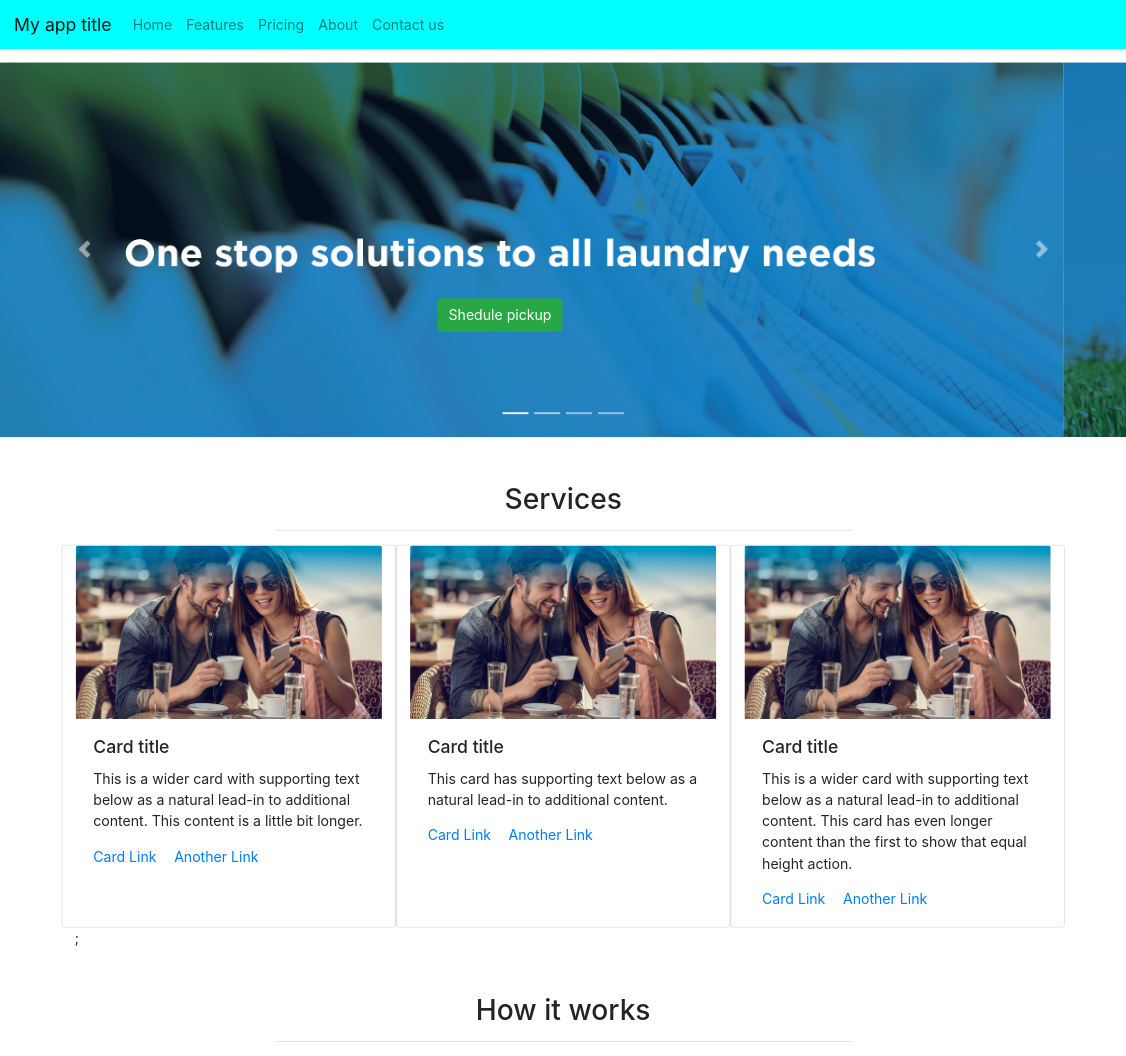
Repository: sravani123/BasicReactWebApp
Page: /
An editor plug-in stored every save of this project. The page is shown before and after the next save, followed by the edit.
The browser window is 1280 px wide. The pictures show the whole page, at 88% of full size.
Some web libraries are served in a nearby version. The project was rebuilt for these pictures with package versions that can differ from the ones it lists, and the page was loaded fresh each time. Also part of the build but not shown: src/components/Common/ProgressButton.js, src/components/Pricing/Pricing.js, src/components/About/About.js, src/components/Features/Features.js, src/components/Contact/Contact.js, src/components/Common/Calendar/Hello.js.

Above is the page before, as saved 2019-03-20 18:18:07.

### public/index.html
<!DOCTYPE html>
<html lang="en">
  <head>
    <meta charset="utf-8" />
    <link rel="shortcut icon" href="%PUBLIC_URL%/favicon.ico" />
    <meta
      name="viewport"
      content="width=device-width, initial-scale=1, shrink-to-fit=no"
    />
    <meta name="theme-color" content="#000000" />
    <!--
      manifest.json provides metadata used when your web app is installed on a
      user's mobile device or desktop. See https://developers.google.com/web/fundamentals/web-app-manifest/
    -->
    <link rel="manifest" href="%PUBLIC_URL%/manifest.json" />
    <link
    rel="stylesheet"
    href="https://maxcdn.bootstrapcdn.com/bootstrap/4.2.1/css/bootstrap.min.css"
    integrity="sha384-GJzZqFGwb1QTTN6wy59ffF1BuGJpLSa9DkKMp0DgiMDm4iYMj70gZWKYbI706tWS"
    crossorigin="anonymous"
  />


    <!--
      Notice the use of %PUBLIC_URL% in the tags above.
      It will be replaced with the URL of the `public` folder during the build.
      Only files inside the `public` folder can be referenced from the HTML.

      Unlike "/favicon.ico" or "favicon.ico", "%PUBLIC_URL%/favicon.ico" will
      work correctly both with client-side routing and a non-root public URL.
      Learn how to configure a non-root public URL by running `npm run build`.
    -->
    <title>React App</title>

  </head>
  <body>
    <script src="https://cdnjs.cloudflare.com/ajax/libs/holder/2.9.6/holder.min.js"></script>
      <div id="root"></div>
  </body>
</html>

### src/index.js
import React from 'react';
import ReactDOM from 'react-dom';
import './index.scss';
import * as serviceWorker from './serviceWorker';
import AppRouter from './AppRouter';
import Hello from './components/Common/Calendar/Hello';
ReactDOM.render(<AppRouter />, document.getElementById('root'));

// If you want your app to work offline and load faster, you can change
// unregister() to register() below. Note this comes with some pitfalls.
// Learn more about service workers: http://bit.ly/CRA-PWA
serviceWorker.unregister();

### src/index.scss
 @import './styles/components/home';
 @import './styles/base/settings';
 @import './styles/components/header';

 html {
  font-size: 100%;
}

body {
  margin: 0;
  padding-top: 70px;
  font-family: -apple-system, BlinkMacSystemFont, "Segoe UI", "Roboto", "Oxygen",
    "Ubuntu", "Cantarell", "Fira Sans", "Droid Sans", "Helvetica Neue",
    sans-serif;
  -webkit-font-smoothing: antialiased;
  -moz-osx-font-smoothing: grayscale;
}

code {
  font-family: source-code-pro, Menlo, Monaco, Consolas, "Courier New",
    monospace;
}

### src/AppRouter.js
import React from 'react';
import { BrowserRouter, Route, Switch, Link, NavLink } from 'react-router-dom';
import Home from './components/Home/Home';
import Pricing from './components/Pricing/Pricing';
import About from './components/About/About';
import Features from './components/Features/Features';
import Contact from './components/Contact/Contact';
import Header from './components/Common/Header';

const NotFoundPage = () => (
  <div>
    404!- <Link to="/">Go to Home </Link>
  </div>
);

const AppRouter = () => (
  <BrowserRouter>
    <div>
      <Header />
      <Switch>
        <Route exact={true}  path="/" component={Home} />
        <Route path="/Home" component={Home} />
        <Route path="/Pricing" component={Pricing} />
        <Route path="/About" component={About} />

        <Route path="/Features" component={Features} />
        <Route path="/Contact" component={Contact} />
        <Route component={NotFoundPage} />
      </Switch>
    </div>
  </BrowserRouter>
);


export default AppRouter;

### src/styles/components/_home.scss
Card.Img{
    height: 160px;
    width: 100%;
}
.carousel-item{
    min-height: 400px;
  }

  .item img {
      position: absolute;
      top: 0;
      left: 0;
      min-height: 300px;
  }
  .spacer-small{
      margin: 3.2rem;
  }
  .btn-shedule-service{
      margin-bottom: 5rem;
  }
  .select-service{
      margin:10px 0;
  }
  .date-time-pickers{
      margin: 5px 0;
  }
  .time-picker{
float: right;
}

### src/styles/components/_header.scss
.collapse.navbar-collapse ul.navbar-nav li.nav-item a.nav-link.is-active{
    color: lightblue !important;
    background-color: transparent;
    border-bottom: 4px solid lightblue;
}
.fixed-top  {
background-color: aqua !important;
}

### src/components/Home/Home.js
import React,  { useState } from 'react';
import DateFnsUtils from "@date-io/date-fns";
import PropTypes from 'prop-types';
import axios from 'axios';
import HomeTemplate from './HomeTemplate';
import "react-datepicker/dist/react-datepicker.css";
import {
  MuiPickersUtilsProvider,
  DatePicker,
  TimePicker
} from "material-ui-pickers";


class Home extends React.Component {
  // const [selectedDate, handleDateChange] = useState(new Date());

  state = {
    open: false,
    selectedDate: new Date(),
    selectedTime : new Date(),
    mailDetails :{
      name:"",
      email:'',
      message:''
    },
    serviceRequest: {
      name: '',
      email: '',
      mobileNumber:'',
      addressOne:'',
      addressTwo:'',
      landMark:'',
      selectedService:''
  }

  };
  handleDateChange = date => {
    console.log(date);
    this.setState({ selectedDate:date});
  };
  handleTimeChange = time => {
    console.log(time);
    this.setState({ selectedTime: time });
  };

  handleShow = () => {
    this.setState({ open: true });
  };

  handleClose = () => {
    this.setState({ open: false });
  };
  handleSelectChange =({target: {name,value}}) => {
    console.log(value);
    this.setState({
    serviceRequest: {
    [name]: value
    }
    });
    }
  // handleServiceTypeChange = event =>{
  //   console.log(event.target.name);
  //   console.log(event.target.value);

  //   this.setState({ [event.target.name]: event.target.value });
  // }
  handleChange = event => {
    event.persist();
    console.log(event.target.value);
    switch(event.target.id) {
      case 'mobile-number':
      this.setState(state => {
        state.serviceRequest.mobileNumber = event.target.value
        return state
      })
      break;
      case 'name':
      this.setState(state => {
        state.serviceRequest.name = event.target.value
        return state
      })
      break;
      // this.setState(state => (state.serviceRequest.mobileNumber = '384239847', state));
      case 'emailId':
      this.setState(state => {
        state.serviceRequest.email = event.target.value
        return state
      })
      break;
      case 'address-one':
      console.log()
      this.setState((state )=> {
        state.serviceRequest.addressOne = event.target.value
        return state
      })
      break;
      case 'address-two':
      this.setState((state ) => {
        state.serviceRequest.addressTwo =   `\n` +event.target.value
        return state
      })
      break;
      case 'landmark':
      this.setState((state ) => {
        console.log('===============event is ================='+event.target.value);
        state.serviceRequest.landMark =  `\n` +event.target.value
        return state
      })
      break;
      case 'hello':
      this.setState((state ) => {
        console.log('===============event is ================='+event.target.value);
        state.serviceRequest.selectedService =   event.target.value
        return state
      })
      break;
      default:
        return 'foo';
    }
  };

   handleSubmit = (e) =>{
     console.log('handle submmit is called ===>>');
    let {selectedDate,selectedTime,serviceRequest: {name, email, mobileNumber,addressOne , addressTwo, landMark,selectedService}} = this.state;
    selectedTime = selectedTime ? selectedTime.getHours() +':' + selectedTime.getMinutes() : '';
    selectedDate = selectedDate? `${selectedDate.getDate()} /  ${selectedDate.getMonth()}` :'';

    // e.preventDefault();
    axios({
        method: "POST",
        url:"http://localhost:3000/url",
        headers: {
          'Access-Control-Allow-Origin': '*',
          'Content-Type': 'application/json',
        },
        data: {
            name: name,
            email: email,
            message: `You have got a service request from the name : ${name} \n on Date: ${selectedDate}  \n Time: ${selectedTime} \n  email: ${email} \n  Contact details: ${mobileNumber} \n Address: ${addressOne} , \n ${addressTwo}, \n ${landMark}`
        }
    }).then((response)=>{
      console.log("============"+name);
      console.log(response);

      this.handleClose();
        if (response.data.msg === 'success'){
            alert("Message Sent.");
            this.resetForm()
        }else if(response.data.msg === 'fail'){
            alert("Message failed to send.")
        }
    })
  };


  render() {
    // {name, email, ...rest} = {a: 10, b: 20, c: 30, d: 40}
    const {selectedDate,selectedTime,serviceRequest: {name, email, mobileNumber,addressOne , addressTwo, landMark,selectedService}} = this.state;
    // const {} = this.state;

    // const { name, email, mobileNumber,addressOne , addressTwo, landMark  } = serviceRequest;
    // const shedulueForm =   { name, email, mobileNumber,addressOne , addressTwo, landMark };
    return (
      <div>

      <HomeTemplate
        handleShow = {this.handleShow}
        handleClose = {this.handleClose}
        handleSubmit = {this.handleSubmit}
        name ={name}
        email={email}
        addressOne={addressOne}
        addressTwo={addressTwo}
         mobileNumber={mobileNumber}
         landMark ={landMark}
         selectedService ={selectedService}
        DateFnsUtils ={DateFnsUtils}
        handleDateChange ={this.handleDateChange}
        handleTimeChange={this.handleTimeChange}
        handleSelectChange ={this.handleSelectChange}
        handleChange = {this.handleChange}
        selectedDate = {selectedDate}
        selectedTime = {selectedTime}
        open = {this.state.open}
       />
     </div>

    );
  }
}


export default Home;

### src/components/Common/Header.js
import ReactDOM from 'react-dom';
import React from 'react';
import {Link} from 'react-router-dom';
import {Navbar, Nav} from 'react-bootstrap';

const Header = () =>(
<div>

<nav className="navbar fixed-top navbar-expand-lg navbar-light bg-light">
      <Link className="navbar-brand"  to="/"  >My app title</Link>
      <button className="navbar-toggler" type="button" data-toggle="collapse" data-target="#navbarSupportedContent" aria-controls="navbarSupportedContent" aria-expanded="false" aria-label="Toggle navigation">
        <span className="navbar-toggler-icon"></span>
      </button>

      <div className="collapse navbar-collapse" id="navbarSupportedContent">
    <ul className="navbar-nav mr-auto">
    <li className="nav-item">
      <Link className="nav-link" to="/Home" >Home</Link>
      </li>
      <li className="nav-item">

      <Link className="nav-link" to="/Features" >Features</Link>
      </li>
      <li className="nav-item">

      <Link className="nav-link" to="/Pricing"  >Pricing</Link>
      </li>
      <li className="nav-item">

      <Link className="nav-link" to="/About" >About</Link>
      </li>
      <li>
      <Link className="nav-link" to="/Contact" >Contact us</Link>
      </li>
  </ul>
  </div>
    </nav>
</div>

);

export default Header;

### src/components/Home/HomeTemplate.js
import React,  { useState } from 'react';
import Carousel from 'react-bootstrap/Carousel';
import carousal_img_one from '../../assets/web-banners-01.jpg';
import carousal_img_two from '../../assets/web-banners-02.jpg';
import carousal_img_three from '../../assets/web-banners-03.jpg';
import carousal_img_four from '../../assets/web-banners-03.jpg';
import TextField from '@material-ui/core/TextField';
import Dialog from '@material-ui/core/Dialog';
import Select from '@material-ui/core/Select';
import DialogActions from '@material-ui/core/DialogActions';
import DialogContent from '@material-ui/core/DialogContent';
import DialogContentText from '@material-ui/core/DialogContentText';
import DialogTitle from '@material-ui/core/DialogTitle';
import Button from 'react-bootstrap/Button';
import Card from 'react-bootstrap/Card';
import myImg from '../../assets/hipsters-cropped-screened.jpg';
import FormControl from '@material-ui/core/FormControl';
import InputLabel from '@material-ui/core/InputLabel';
import MenuItem from '@material-ui/core/MenuItem';
import FormHelperText from '@material-ui/core/FormHelperText';
import ProgressButton from './../Common/ProgressButton'
import baseTheme from 'material-ui/styles/baseThemes/lightBaseTheme';
import getMuiTheme from 'material-ui/styles/getMuiTheme';
import MuiThemeProvider from 'material-ui/styles/MuiThemeProvider'

import {
    MuiPickersUtilsProvider,
    DatePicker,
    TimePicker
  } from "material-ui-pickers";

  const styles = theme => ({
    root: {
      display: 'flex',
      flexWrap: 'wrap',
    },
    formControl: {
      margin: theme.spacing.unit,
      minWidth: 120,
    },
    selectEmpty: {
      marginTop: theme.spacing.unit * 2,
    },
  });
const CarousalTemplate = (props) =>  (


   <div>
    <Carousel>
    <Carousel.Item>
      <img
        className="d-block w-100"
        src={carousal_img_one}
        alt="First slide"
      />
     <div className="carousel-caption d-none d-md-block">
    <button type="button" className="btn btn-success btn-shedule-service"  onClick={props.handleShow}>Shedule pickup </button>
    </div>
    </Carousel.Item>
    <Carousel.Item>
      <img
        className="d-block w-100"
        src={carousal_img_two}
        alt="Second slide"
      />
  <div className="carousel-caption d-none d-md-block">
    <button type="button" className="btn btn-success btn-shedule-service"  onClick={props.handleShow}>Shedule pickup</button>
    </div>

    </Carousel.Item>
    <Carousel.Item>
      <img
        className="d-block w-100"
        src={carousal_img_three}
        alt="Third slide"
      />
  <div className="carousel-caption d-none d-md-block">
    <button type="button" className="btn btn-success btn-shedule-service"  onClick={props.handleShow}>Shedule pickup</button>
    </div>

    </Carousel.Item>
    <Carousel.Item>
      <img
        className="d-block w-100"
        src={carousal_img_four}
        alt="Third slide"
      />
  <div className="carousel-caption d-none d-md-block">
    <button type="button" className="btn btn-success btn-shedule-service"  onClick={props.handleShow}>Shedule pickup</button>
    </div>
    </Carousel.Item>
  </Carousel>
  <MuiThemeProvider muiTheme={getMuiTheme()}>

  <Dialog
            open={props.open}
            onClose={props.handleClose}
            aria-labelledby="form-dialog-title"
          >
            <DialogTitle id="form-dialog-title">Submit a pickup request</DialogTitle>
            <DialogContent>
              <DialogContentText>
                To subscribe to this website, please enter your email address here. We will send
                updates occasionally.
              </DialogContentText>
              <form  noValidate autoComplete="off">

              <TextField
                autoFocus
                margin="dense"
                id="name"
                label="Name"
                value = {props.name}
                onChange={props.handleChange}
                type="text"
                fullWidth
              />
               <TextField
                autoFocus
                margin="dense"
                id="emailId"
                label="Email Address"
                type="email"
                value= {props.email}
                onChange={props.handleChange}

                fullWidth
              />
               <TextField
                autoFocus
                margin="dense"
                id="mobile-number"
                label="Mobile number"
                type="number"
                onChange={props.handleChange}

                value ={props.mobileNumber}
                fullWidth
              />
           <FormControl required fullWidth className="formControl">
           <InputLabel htmlFor="service-required">Selected Service</InputLabel>
          <Select
            value={props.selectedService}
            onChange={props.handleSelectChange}
            inputProps={{
              name: 'selectedService',
              // id: 'age-required',
            }}
          >
            <MenuItem value="">
              <em>None</em>
            </MenuItem>
            <MenuItem value={10}>Ten</MenuItem>
            <MenuItem value={20}>Twenty</MenuItem>
            <MenuItem value={30}>Thirty</MenuItem>
          </Select>
          <FormHelperText>Required</FormHelperText>
        </FormControl>

            <MuiPickersUtilsProvider utils={props.DateFnsUtils}>
            <div className="date-time-pickers">

            <DatePicker
            className = "date-picker"
            value={props.selectedDate}
            onChange={props.handleDateChange}
          />
            <TimePicker className = "time-picker" value={props.selectedTime} onChange={props.handleTimeChange} />
             </div>
          </MuiPickersUtilsProvider>
          <TextField
                autoFocus
                margin="dense"
                id="address-one"
                label="Address Line 1 "
                onChange={props.handleChange}

                type="text"
                fullWidth
              />
                <TextField
                autoFocus
                margin="dense"
                id="address-two"
                label="Address Line 2 "
                onChange={props.handleChange}

                type="text"
                fullWidth
              />
                <TextField
                autoFocus
                margin="dense"
                id="landmark"
                label="Landmark"
                onChange={props.handleChange}

                type="text"
                fullWidth
              />
              </form>
            </DialogContent>
            <DialogActions>

              <Button onClick={props.handleClose} color="primary">
                Cancel
              </Button>
              <ProgressButton extendClick = {props.handleSubmit} />
              {/* <Button onClick={props.handleSubmit} color="primary">
                Submit
              </Button> */}
            </DialogActions>
          </Dialog>
          </MuiThemeProvider>

          <div>
  <div className="spacer-small"> </div>
  <div className= "col-md-12 col-sm-12 heading-div">
  <h2 className="text-center">Services</h2>
  <hr className="col-sm-6 col-md-6"/>

  </div>

  <div className="container">
   <div className="row ">
    <Card className="col-md-4 col-xs-6">
      <Card.Img variant="top" src={myImg}  />
      <Card.Body>
        <Card.Title>Card title</Card.Title>
        <Card.Text>
          This is a wider card with supporting text below as a natural lead-in to
          additional content. This content is a little bit longer.
        </Card.Text>
        <Card.Link href="#">Card Link</Card.Link>
      <Card.Link href="#">Another Link</Card.Link>
      </Card.Body>

    </Card>
    <Card className="col-md-4 col-xs-6">
      <Card.Img variant="top" src={myImg} />
      <Card.Body>
        <Card.Title>Card title</Card.Title>
        <Card.Text>
          This card has supporting text below as a natural lead-in to additional
          content.{' '}
        </Card.Text>
        <Card.Link href="#">Card Link</Card.Link>
      <Card.Link href="#">Another Link</Card.Link>
      </Card.Body>

    </Card>
    <Card className="col-md-4 col-xs-6">
      <Card.Img variant="top" src={myImg}  />
      <Card.Body>
        <Card.Title>Card title</Card.Title>
        <Card.Text>
          This is a wider card with supporting text below as a natural lead-in to
          additional content. This card has even longer content than the first to
          show that equal height action.
        </Card.Text>
        <Card.Link href="#">Card Link</Card.Link>
      <Card.Link href="#">Another Link</Card.Link>
      </Card.Body>

    </Card>
  </div>;
  </div>
  <div className="spacer-small"> </div>
  <div className= "col-md-12 col-sm-12 heading-div">
  <h2 className="text-center">How it works</h2>
  <hr className="col-sm-6 col-md-6"/>
  </div>
  </div>
  </div>


  )

export default CarousalTemplate;

Loaded but not shown: src/serviceWorker.js (common file); src/styles/base/_settings.scss (common file)

After the next save:
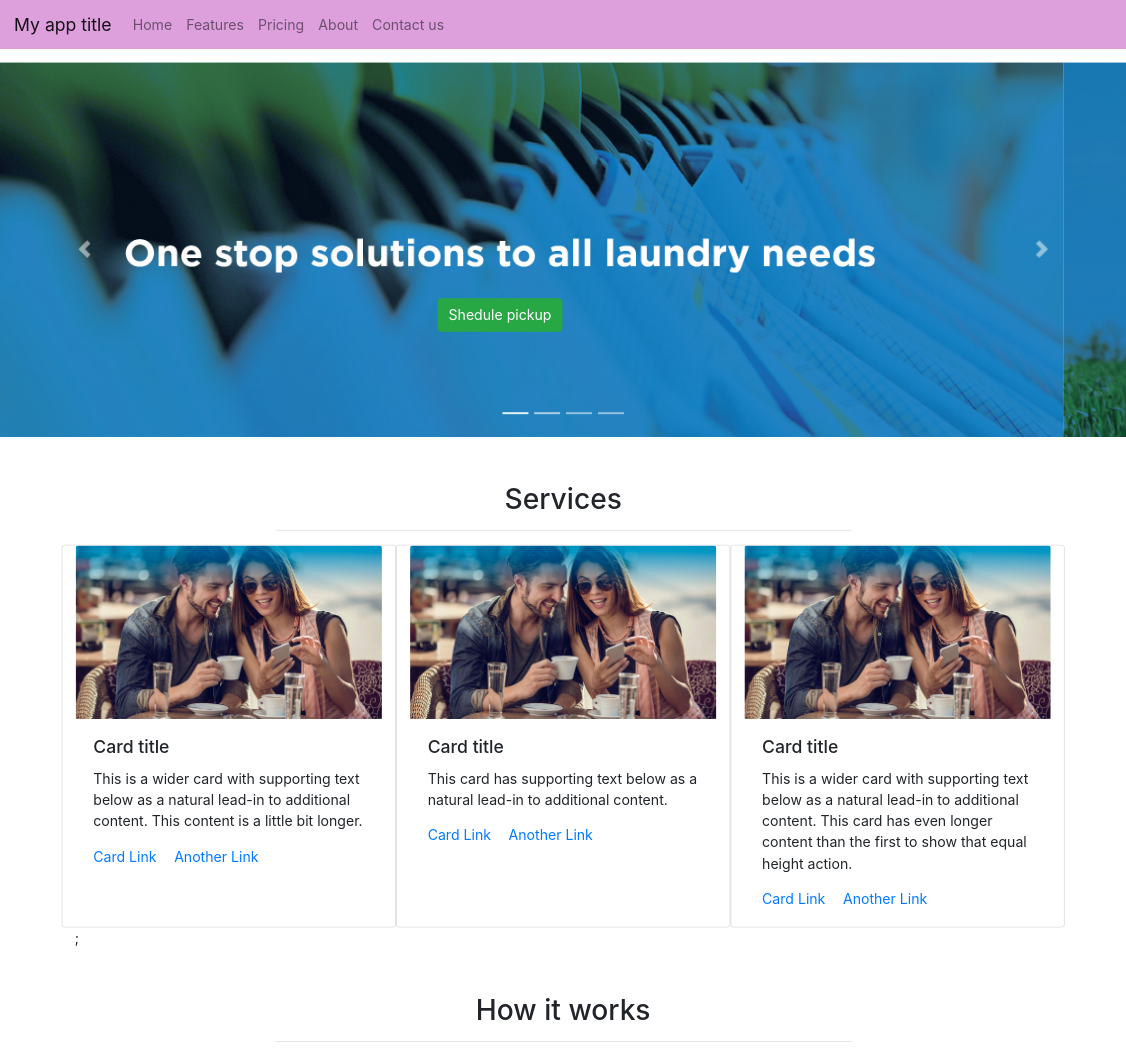
Saved 29 s later.
--- a/src/styles/components/_header.scss
+++ b/src/styles/components/_header.scss
@@ -4,5 +4,5 @@
     border-bottom: 4px solid lightblue;
 }
 .fixed-top  {
-background-color: aqua !important;
+background-color: plum !important;
 }
